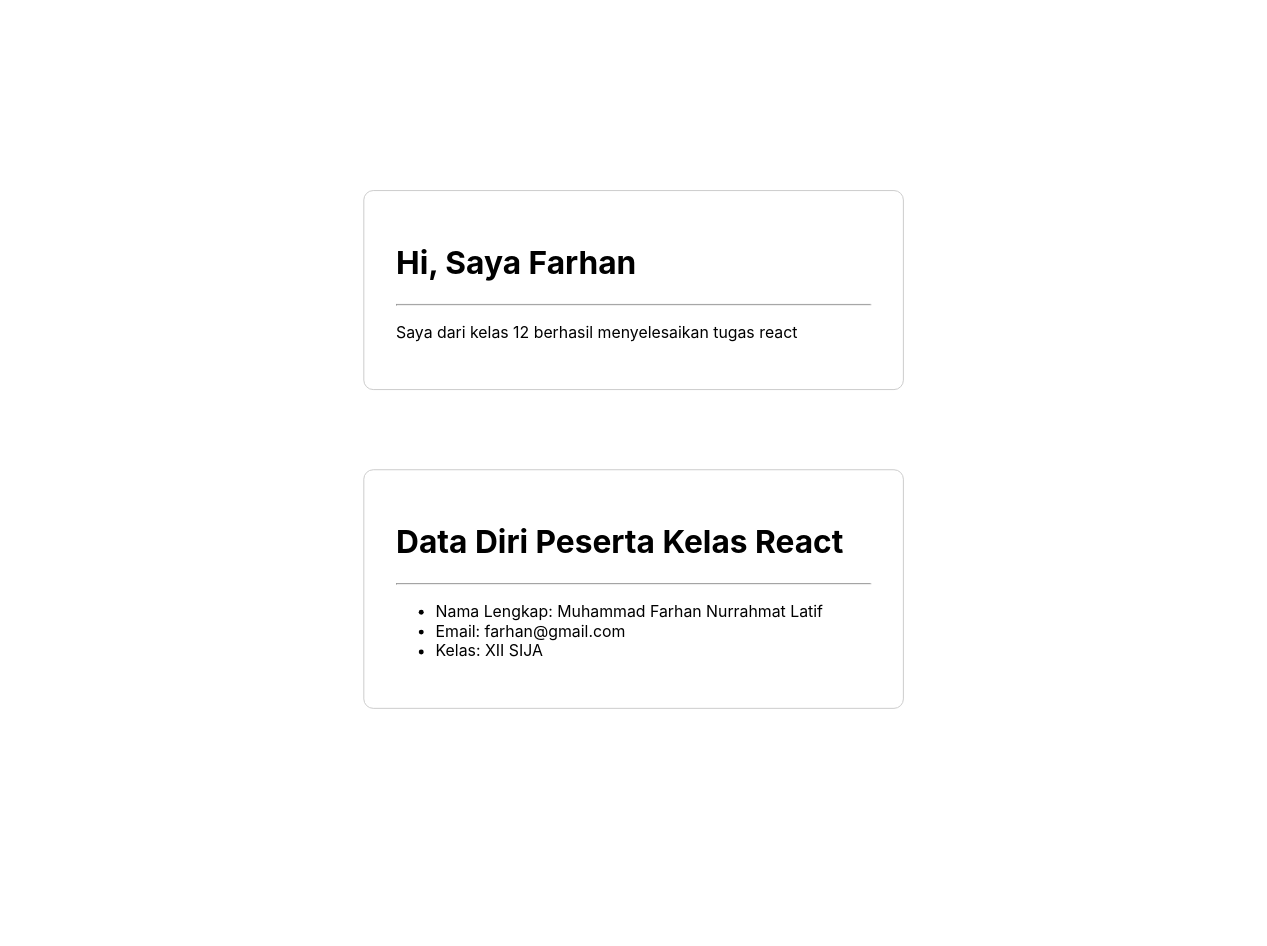
Repository: mfarhannr/Tugas-Reactjs_Farhan
Page: /
The author's editor kept a copy of each file at every save. The page is drawn from the files as they stood at one save, then again after a run of saves.
The browser window is 1280 px wide. The pictures show the whole page, at 99% of full size.
The project was rebuilt for these pictures with package versions that can differ from the ones it lists, and the page was loaded fresh each time.

Above is the page before, as saved 2024-05-03 15:41:04.

### src/App.js
import './App.css';
import Tugas6 from "./tugas6/tugas6";
// import Welcome from "./WelcomeComponent";
import Tugas7 from './tugas7/tugas7';

function App() {
  return (
    <div className="App">
      <div className="Card6">
        <Tugas6 />
      </div>
      <div className="Card7">
        <Tugas7
          name="Muhammad Farhan Nurrahmat Latif"
          email="farhan@gmail.com"
          kelas="XII SIJA"
        />
      </div>
    </div>
  );
}

export default App;

### src/App.css
.App {
  padding: 10rem;
}

.Card6 {
  border: 1px solid #ccc;
  border-radius: 10px;
  padding: 2em;
  margin: 2em auto;
  width: 50%;
}

span {
  font-size:bold;
}

.Card7 {
  border: 1px solid #ccc;
  border-radius: 10px;
  padding: 2em;
  margin: 5em auto;
  width: 50%;
}

.App-logo {
  height: 40vmin;
  pointer-events: none;
}

@media (prefers-reduced-motion: no-preference) {
  .App-logo {
    animation: App-logo-spin infinite 20s linear;
  }
}

.App-header {
  background-color: #282c34;
  min-height: 100vh;
  display: flex;
  flex-direction: column;
  align-items: center;
  justify-content: center;
  font-size: calc(10px + 2vmin);
  color: white;
}

.App-link {
  color: #61dafb;
}

@keyframes App-logo-spin {
  from {
    transform: rotate(0deg);
  }
  to {
    transform: rotate(360deg);
  }
}

### src/tugas6/tugas6.js
import React from "react";

function Tugas6() {
    return (
      <div className="Card1">
        <h1>Hi, Saya Farhan</h1>
        <hr></hr>
        <p>Saya dari kelas 12 berhasil menyelesaikan tugas react</p>
      </div>
    );
}

export default Tugas6;

### src/tugas7/tugas7.js
import React from "react";

function Tugas7(props) {
  return (
    <div className="Card1">
      <h1>Data Diri Peserta Kelas React</h1>
      <hr></hr>
      <ul>
        <li>
          <span><b></b>Nama Lengkap: </span>{props.name}
        </li>
        <li>
          <span>Email: </span>{props.email}
        </li>
        <li>
          <span>Kelas: </span>{props.kelas}
        </li>
      </ul>
    </div>
  );
}

export default Tugas7;

Loaded but not shown: public/index.html (common file); src/index.js (common file); src/index.css (common file); src/reportWebVitals.js (common file)

After the next 6 saves:
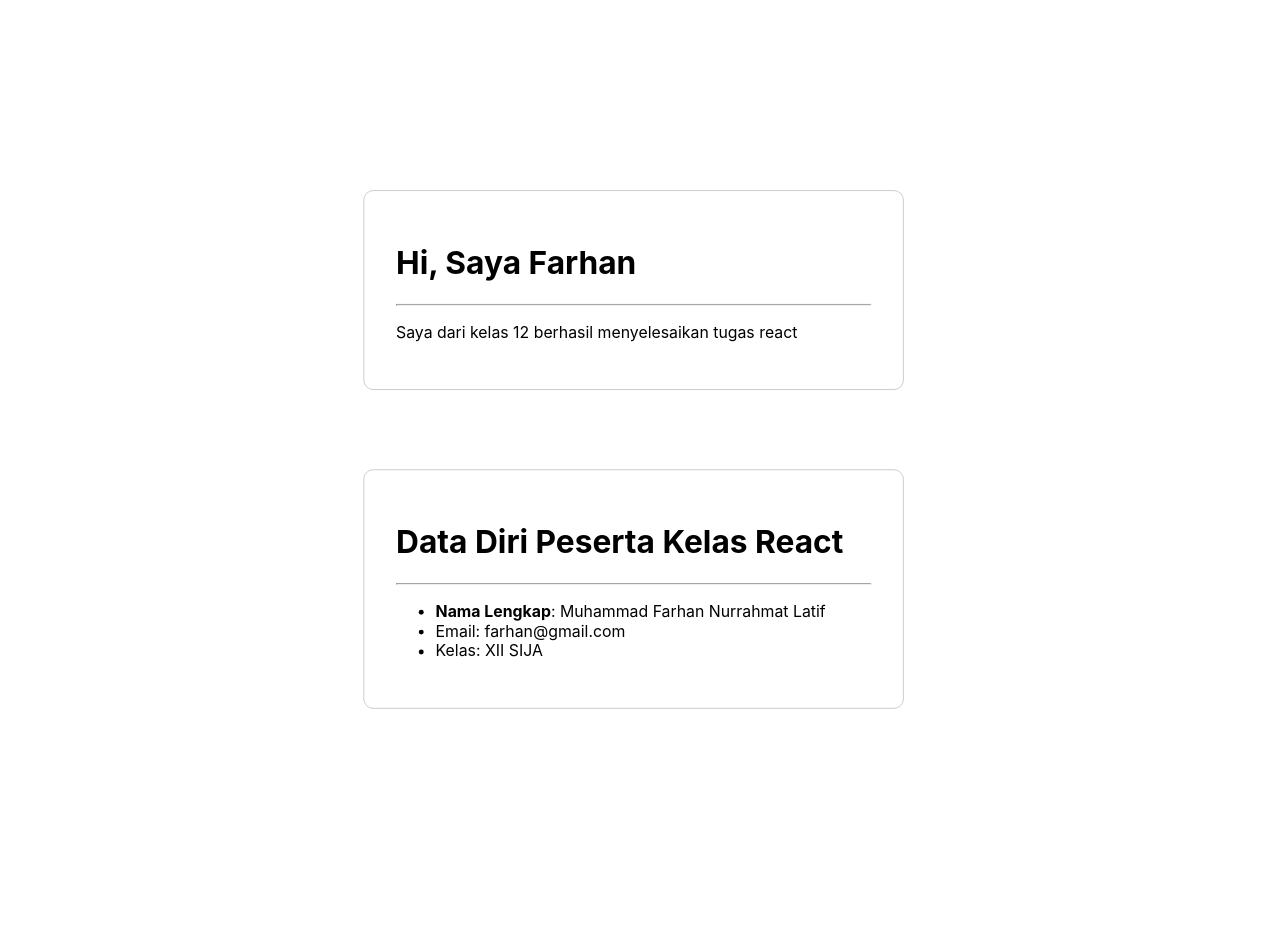
The 6 saves are shown as one change because they came seconds apart.
The last was saved 18 s later.
--- a/src/tugas7/tugas7.js
+++ b/src/tugas7/tugas7.js
@@ -7,7 +7,7 @@
       <hr></hr>
       <ul>
         <li>
-          <span><b></b>Nama Lengkap: </span>{props.name}
+          <span><b>Nama Lengkap</b>: </span>{props.name}
         </li>
         <li>
           <span>Email: </span>{props.email}
